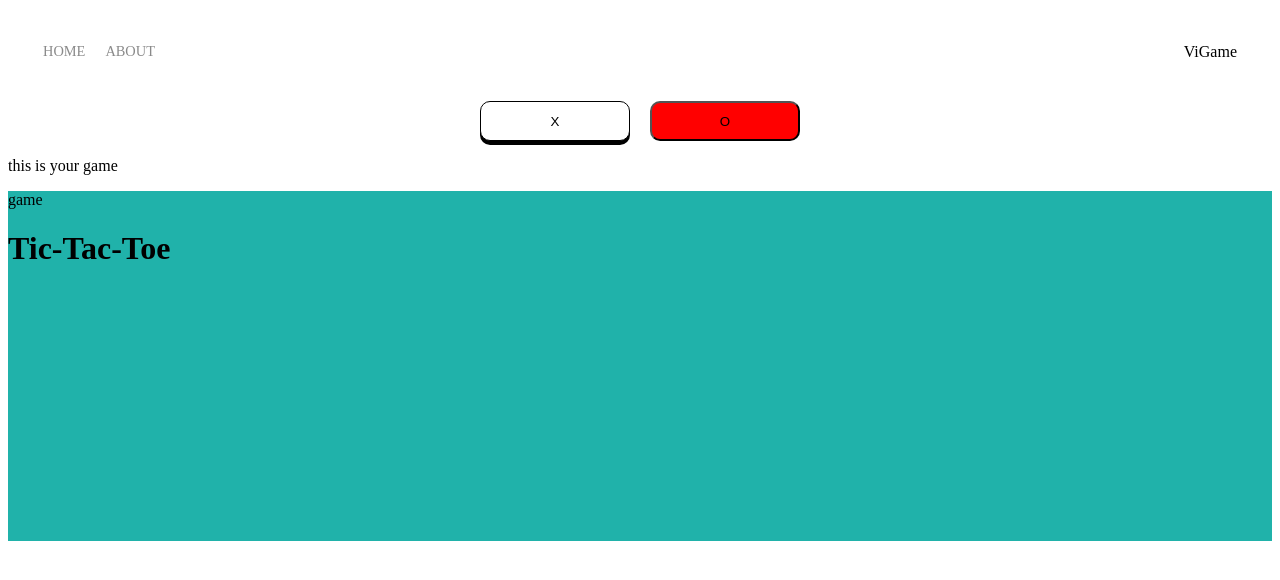
Repository: vahid242/viGame
Page: http://localhost/tic-tac-toe
The author's editor kept a record of every edit. The page is drawn from the files as they stood at one moment, then again after the next edit.
The browser window is 1280 px wide. The pictures show the whole page.
The page is served by the project's Node server (v1/app.js).

Above is the page before.

After the next edit:
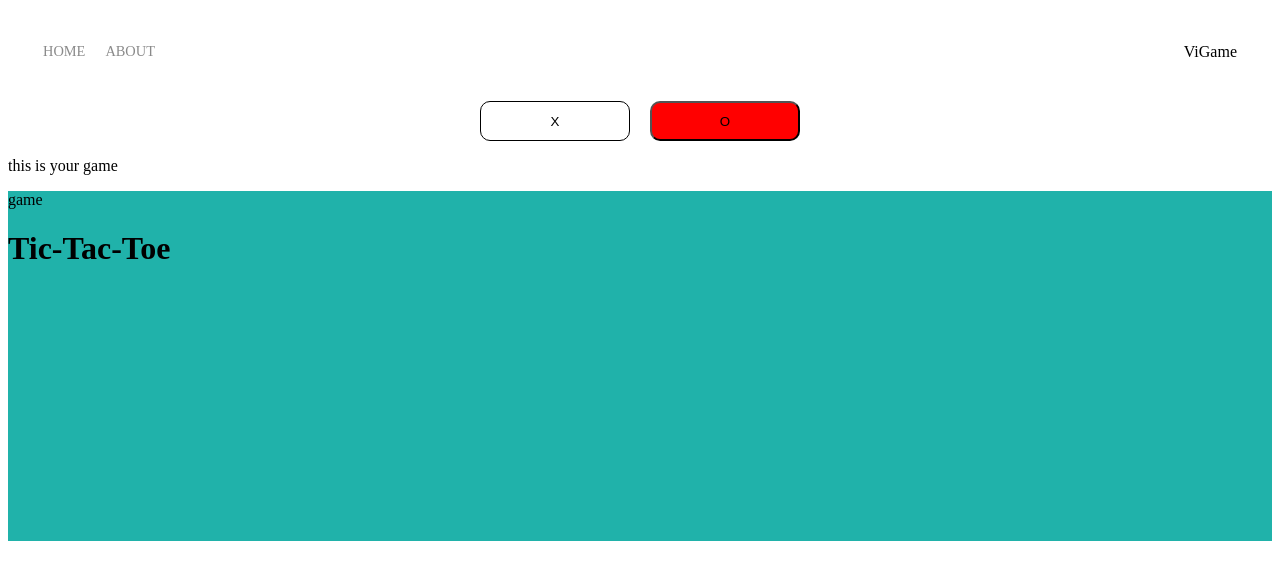
The edit:
--- a/v1/public/stylesheets/tic.css
+++ b/v1/public/stylesheets/tic.css
@@ -54,7 +54,6 @@
     height: 40px;
     border-radius: 10px;
     margin: 0 10px;
-    box-shadow: 0 4px black;
 }
 #xChose:hover {
 	box-shadow: 0 2px black;
